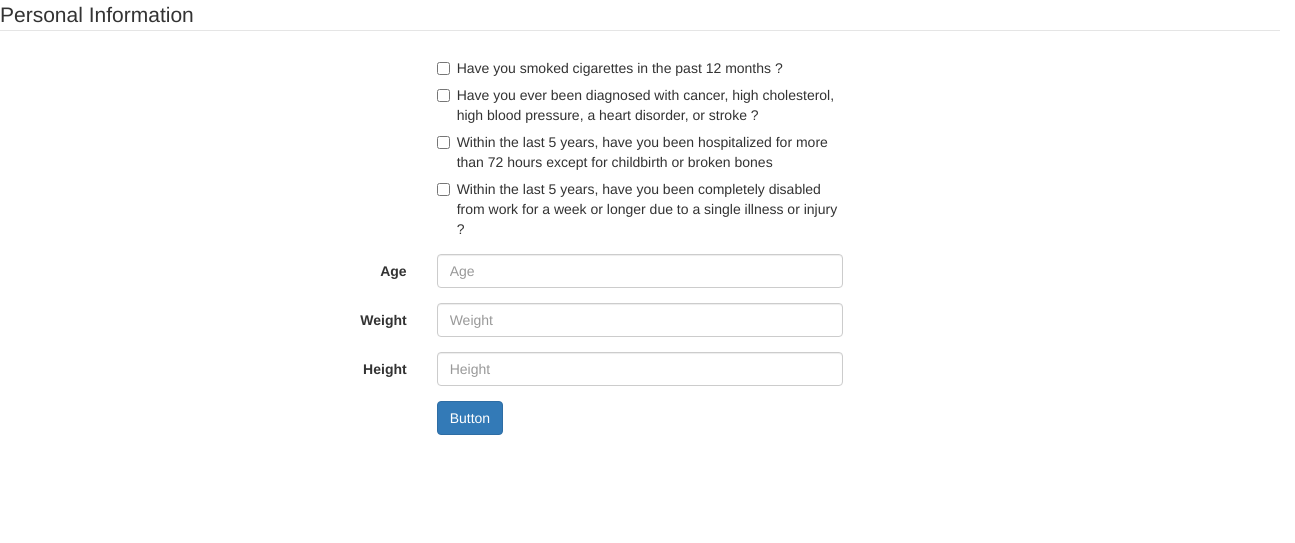
Repository: benjaminlepine/home
Page: Nico/Testing.html
The author's editor kept a record of every edit. The page is drawn from the files as they stood at one moment, then again after the next edit.
The browser window is 1280 px wide. The page is 1295 px wide, so the pictures cover 1295 px, including what lies to the right of the window. The pictures show the whole page.
Some web libraries are served in a nearby version.

Above is the page before.

### Nico/Testing.html
<!DOCTYPE html>
<html>
<head>
<link rel="stylesheet" type="text/css" href="/Bootstrap/css/bootstrap.css" >
<script src="https://ajax.googleapis.com/ajax/libs/jquery/3.1.1/jquery.min.js"></script>
</head>

<body>
<form class="form-horizontal">
<fieldset>

<!-- Form Name -->
<legend stryle="text-align:center;">Personal Information</legend>

<!-- Multiple Checkboxes -->
<div class="form-group">
  <label class="col-md-4 control-label" for="checkboxes"></label>
  <div class="col-md-4">
  <div class="checkbox">
    <label for="checkboxes-0">
      <input type="checkbox" name="checkboxes" id="checkboxes-0" value="1">
      Have you smoked cigarettes in the past 12 months ?
    </label>
	</div>
  <div class="checkbox">
    <label for="checkboxes-1">
      <input type="checkbox" name="checkboxes" id="checkboxes-1" value="2">
      Have you ever been diagnosed with cancer, high cholesterol, high blood pressure, a heart disorder, or stroke ?
    </label>
	</div>
  <div class="checkbox">
    <label for="checkboxes-2">
      <input type="checkbox" name="checkboxes" id="checkboxes-2" value="">
      Within the last 5 years, have you been hospitalized for more than 72 hours except for childbirth or broken bones
    </label>
	</div>
  <div class="checkbox">
    <label for="checkboxes-3">
      <input type="checkbox" name="checkboxes" id="checkboxes-3" value="">
      Within the last 5 years, have you been completely disabled from work for a week or longer due to a single illness or injury ?
    </label>
	</div>
  </div>
</div>

<!-- Text input-->
<div class="form-group">
  <label class="col-md-4 control-label" for="ageinput">Age</label>
  <div class="col-md-4">
  <input id="ageinput" name="ageinput" type="text" placeholder="Age" class="form-control input-md" required="">

  </div>
</div>

<!-- Text input-->
<div class="form-group">
  <label class="col-md-4 control-label" for="weightinput">Weight</label>
  <div class="col-md-4">
  <input id="weightinput" name="weightinput" type="text" placeholder="Weight" class="form-control input-md" required="">

  </div>
</div>

<!-- Text input-->
<div class="form-group">
  <label class="col-md-4 control-label" for="heightinput">Height</label>
  <div class="col-md-4">
  <input id="heightinput" name="heightinput" type="text" placeholder="Height" class="form-control input-md" required="">

  </div>
</div>

<!-- Button -->
<div class="form-group">
  <label class="col-md-4 control-label" for="submitbutton"></label>
  <div class="col-md-4">
    <button id="submitbutton" name="submitbutton" class="btn btn-primary">Button</button>
  </div>
</div>

</fieldset>
</form>

</body>
</html>

Loaded but not shown: Bootstrap/css/bootstrap.css (library)

After the next edit:
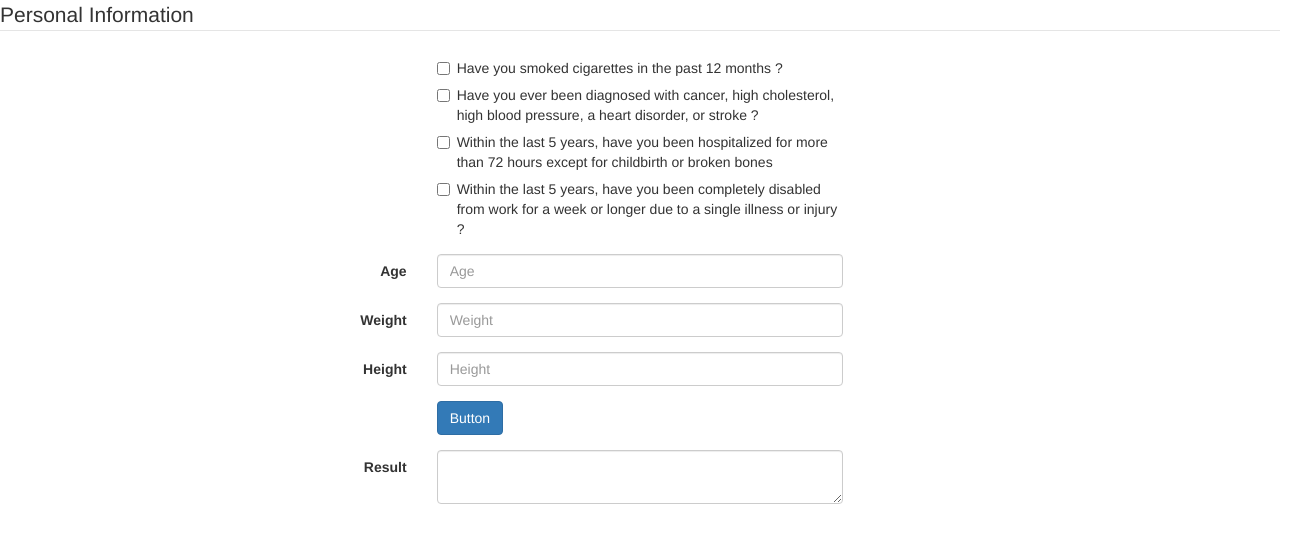
The edit:
--- a/Nico/Testing.html
+++ b/Nico/Testing.html
@@ -78,6 +78,14 @@
   </div>
 </div>
 
+<!-- Textarea -->
+<div class="form-group">
+  <label class="col-md-4 control-label" for="textarea">Result</label>
+  <div class="col-md-4">
+    <textarea class="form-control" id="textarea" name="textarea"></textarea>
+  </div>
+</div>
+
 </fieldset>
 </form>
 
